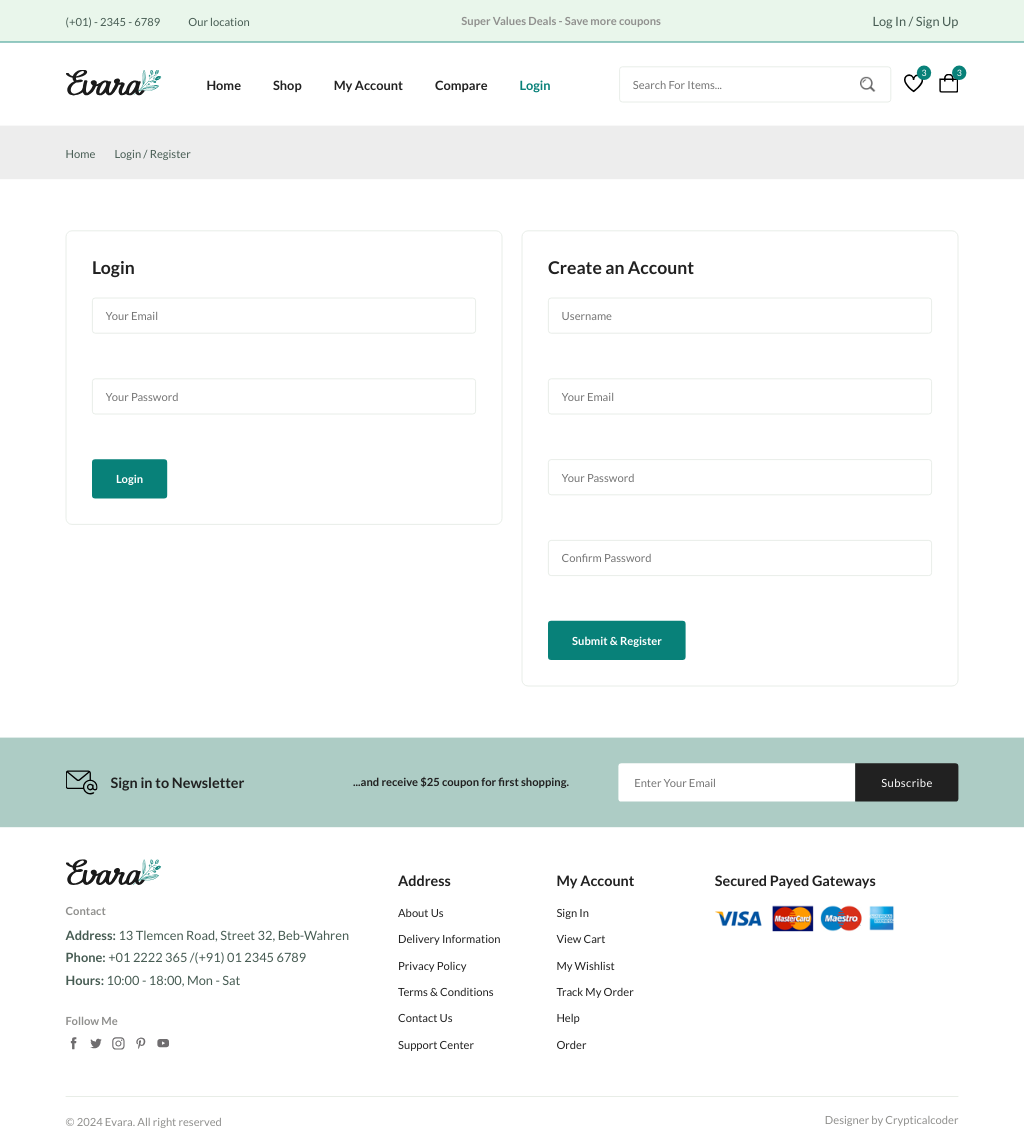
Repository: binhphanbp/evara-ecommerce
Page: login-register.html
The author's editor kept a copy of each file at every save. The page is drawn from the files as they stood at one save, then again after the next save.
The browser window is 1280 px wide. The pictures show the whole page, at 80% of full size.

Above is the page before, as saved 2025-04-14 17:04:56.

After the next save:
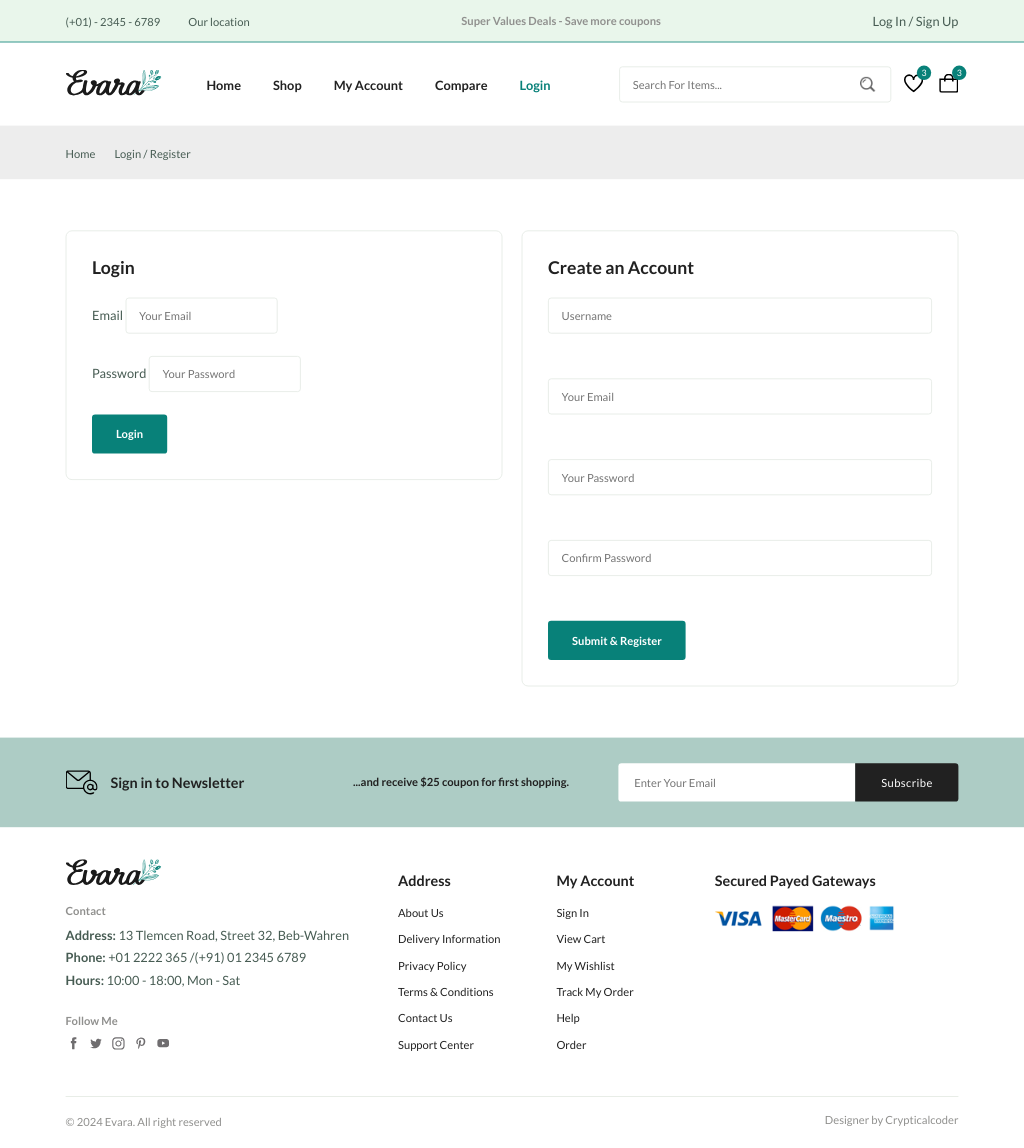
Saved 3 min 39 s later.
--- a/login-register.html
+++ b/login-register.html
@@ -110,20 +110,26 @@
 
             <!-- Form Login -->
             <form id="loginForm" class="form grid">
-              <input
-                type="text"
-                id="loginEmail"
-                placeholder="Your Email"
-                class="form__input"
-              />
-              <span id="loginEmailError" class="error"></span>
-              <input
-                type="password"
-                id="loginPassword"
-                placeholder="Your Password"
-                class="form__input"
-              />
-              <span id="loginPasswordError" class="error"></span>
+              <div class="form-group">
+                <label for="loginEmail">Email</label>
+                <input
+                  type="text"
+                  id="loginEmail"
+                  placeholder="Your Email"
+                  class="form__input"
+                />
+                <span id="loginEmailError" class="error"></span>
+              </div>
+              <div class="form-group">
+                <label for="loginPassword">Password</label>
+                <input
+                  type="password"
+                  id="loginPassword"
+                  placeholder="Your Password"
+                  class="form__input"
+                />
+                <span id="loginPasswordError" class="error"></span>
+              </div>
               <div class="form__btn">
                 <button class="btn" type="submit">Login</button>
               </div>
